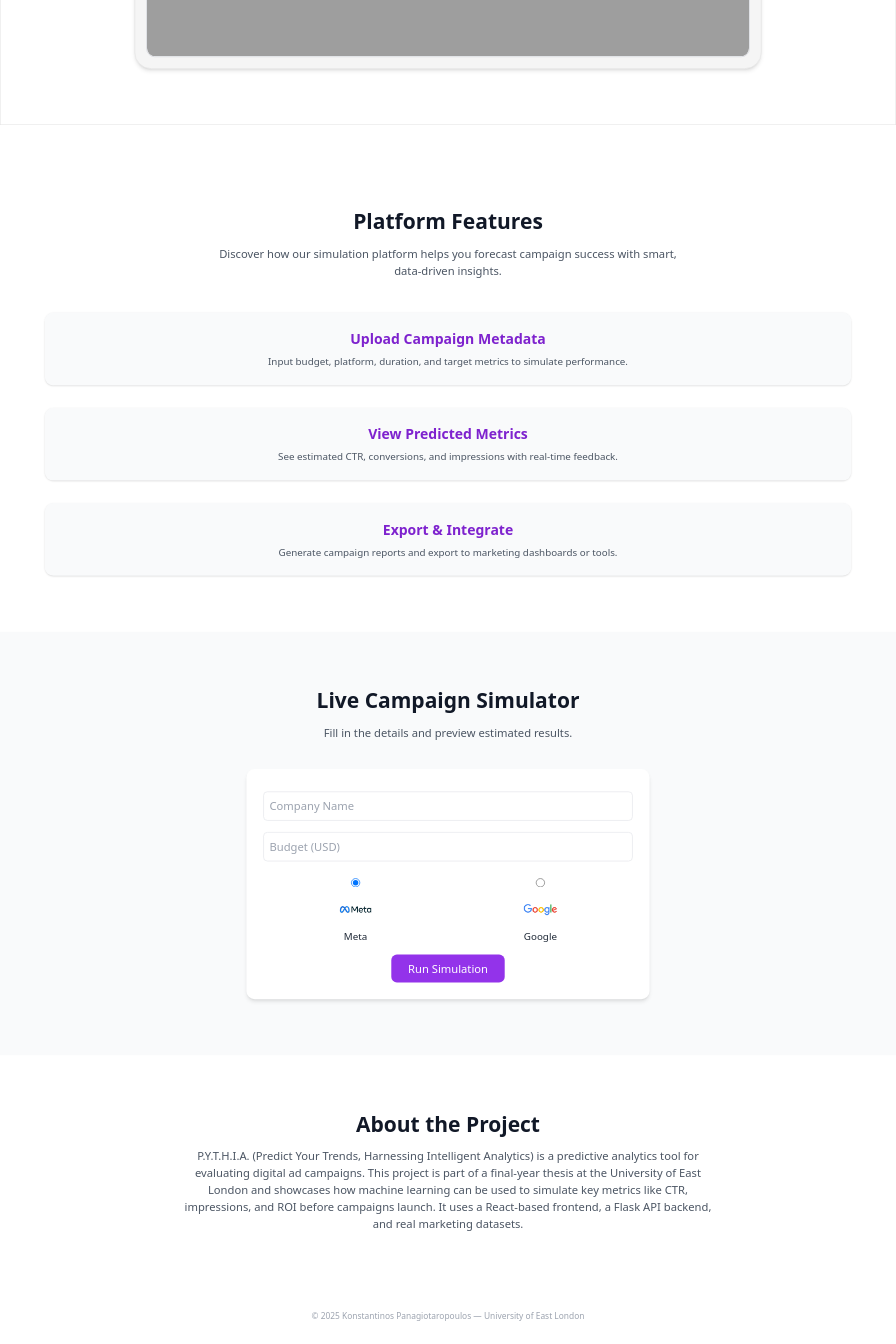
Repository: gaswiz/pythia-core
Page: / (app in frontend-v2/)
The author's editor kept a copy of each file at every save. The page is drawn from the files as they stood at one save, then again after the next save.
The browser window is 1280 px wide. The pictures show the part of the page from y = 1001 to 2921 px (the page is 2921 px tall before and 2861 px after), at 70% of full size.
Pictures or frames that could not be fetched are drawn as grey boxes. Some web libraries are served in a nearby version. The project was rebuilt for these pictures with package versions that can differ from the ones it lists, and the page was loaded fresh each time. Also part of the build but not shown: frontend-v2/vite.config.js.

Above is the page before, as saved 2025-05-28 00:25:16.

### frontend-v2/index.html
<!DOCTYPE html>
<html lang="en">
  <head>
    <meta charset="UTF-8" />
    <meta name="viewport" content="width=device-width, initial-scale=1.0" />
    <title>P.Y.T.H.I.A.</title>
    <script src="https://cdn.tailwindcss.com"></script>
  </head>
  <body class="bg-gray-50 font-sans">
    <div id="root"></div>
    <script type="module" src="/src/main.jsx"></script>
  </body>
</html>

### frontend-v2/src/main.jsx
/*
  File: /src/main.jsx
  Description: Entry point that renders the main App component for P.Y.T.H.I.A.
*/

import React from 'react';
import ReactDOM from 'react-dom/client';
import App from './App.jsx';
import './index.css';

ReactDOM.createRoot(document.getElementById('root')).render(
  <React.StrictMode>
    <App />
  </React.StrictMode>
);

### frontend-v2/src/App.jsx
/*
  File: /src/App.jsx
  Description: Integrating HeroSectionOne into app layout
*/

import React from 'react';
import HeroSectionOne from './components/ui/hero-section-demo-1';
import Features from './components/Features';
import Simulation from './components/Simulation';
import About from './components/About';

export default function App() {
  return (
    <main className="bg-white text-gray-800 font-sans">
      <HeroSectionOne />
      <section id="features">
        <Features />
      </section>
      <section id="simulation">
        <Simulation />
      </section>
      <section id="about">
        <About />
      </section>
      <footer className="text-center text-xs text-gray-400 py-8">
        &copy; 2025 Konstantinos Panagiotaropoulos — University of East London
      </footer>
    </main>
  );
}

### frontend-v2/src/index.css
/*
  File: /src/index.css
  Description: Global styles including Tailwind and custom layout theme for P.Y.T.H.I.A.
*/

@tailwind base;
@tailwind components;
@tailwind utilities;

body {
  font-family: 'Inter', sans-serif;
  background-color: #ffffff;
  color: #1f2937;
  scroll-behavior: smooth;
}

button {
  transition: all 0.2s ease-in-out;
}

input, select {
  background-color: white;
  border: 1px solid #e5e7eb;
  padding: 0.5rem;
  border-radius: 0.375rem;
  margin-top: 0.5rem;
  width: 100%;
}

input:focus, select:focus {
  outline: none;
  border-color: #7c3aed;
  box-shadow: 0 0 0 1px #7c3aed;
}

img {
  object-fit: contain;
  width: 64px;
  height: 64px;
  border-radius: 0.75rem;
  transition: transform 0.2s ease;
}

img:hover {
  transform: scale(1.1);
}

### frontend-v2/src/components/ui/hero-section-demo-1.tsx
/*
  File: /src/components/ui/hero-section-demo-1.tsx
  Description: Animated hero section based on Aceternity UI with text effects.
*/

"use client";

import { motion } from "framer-motion";

export default function HeroSectionOne() {
  return (
    <div className="relative mx-auto my-10 flex max-w-7xl flex-col items-center justify-center">
      <Navbar />
      <div className="absolute inset-y-0 left-0 h-full w-px bg-neutral-200/80 dark:bg-neutral-800/80">
        <div className="absolute top-0 h-40 w-px bg-gradient-to-b from-transparent via-blue-500 to-transparent" />
      </div>
      <div className="absolute inset-y-0 right-0 h-full w-px bg-neutral-200/80 dark:bg-neutral-800/80">
        <div className="absolute h-40 w-px bg-gradient-to-b from-transparent via-blue-500 to-transparent" />
      </div>
      <div className="absolute inset-x-0 bottom-0 h-px w-full bg-neutral-200/80 dark:bg-neutral-800/80">
        <div className="absolute mx-auto h-px w-40 bg-gradient-to-r from-transparent via-blue-500 to-transparent" />
      </div>
      <div className="px-4 py-10 md:py-20">
        <h1 className="relative z-10 mx-auto max-w-4xl text-center text-2xl font-bold text-slate-700 md:text-4xl lg:text-7xl dark:text-slate-300">
          {"Launch your website in hours, not days"
            .split(" ")
            .map((word, index) => (
              <motion.span
                key={index}
                initial={{ opacity: 0, filter: "blur(4px)", y: 10 }}
                animate={{ opacity: 1, filter: "blur(0px)", y: 0 }}
                transition={{
                  duration: 0.3,
                  delay: index * 0.1,
                  ease: "easeInOut",
                }}
                className="mr-2 inline-block"
              >
                {word}
              </motion.span>
            ))}
        </h1>
        <motion.p
          initial={{ opacity: 0 }}
          animate={{ opacity: 1 }}
          transition={{ duration: 0.3, delay: 0.8 }}
          className="relative z-10 mx-auto max-w-xl py-4 text-center text-lg font-normal text-neutral-600 dark:text-neutral-400"
        >
          With AI, you can launch your website in hours, not days. Try our best-in-class, cutting edge tools to get your project live.
        </motion.p>
        <motion.div
          initial={{ opacity: 0 }}
          animate={{ opacity: 1 }}
          transition={{ duration: 0.3, delay: 1 }}
          className="relative z-10 mt-8 flex flex-wrap items-center justify-center gap-4"
        >
          <button className="w-60 transform rounded-lg bg-black px-6 py-2 font-medium text-white transition-all duration-300 hover:-translate-y-0.5 hover:bg-gray-800 dark:bg-white dark:text-black dark:hover:bg-gray-200">
            Explore Now
          </button>
          <button className="w-60 transform rounded-lg border border-gray-300 bg-white px-6 py-2 font-medium text-black transition-all duration-300 hover:-translate-y-0.5 hover:bg-gray-100 dark:border-gray-700 dark:bg-black dark:text-white dark:hover:bg-gray-900">
            Contact Support
          </button>
        </motion.div>
        <motion.div
          initial={{ opacity: 0, y: 10 }}
          animate={{ opacity: 1, y: 0 }}
          transition={{ duration: 0.3, delay: 1.2 }}
          className="relative z-10 mt-20 rounded-3xl border border-neutral-200 bg-neutral-100 p-4 shadow-md dark:border-neutral-800 dark:bg-neutral-900"
        >
          <div className="w-full overflow-hidden rounded-xl border border-gray-300 dark:border-gray-700">
            <img
              src="https://assets.aceternity.com/pro/aceternity-landing.webp"
              alt="Landing page preview"
              className="aspect-[16/9] h-auto w-full object-cover"
              height={1000}
              width={1000}
            />
          </div>
        </motion.div>
      </div>
    </div>
  );
}

const Navbar = () => {
  return (
    <nav className="flex w-full items-center justify-between border-t border-b border-neutral-200 px-4 py-4 dark:border-neutral-800">
      <div className="flex items-center gap-2">
        <div className="size-7 rounded-full bg-gradient-to-br from-violet-500 to-pink-500" />
        <h1 className="text-base font-bold md:text-2xl">Aceternity UI</h1>
      </div>
      <button className="w-24 transform rounded-lg bg-black px-6 py-2 font-medium text-white transition-all duration-300 hover:-translate-y-0.5 hover:bg-gray-800 md:w-32 dark:bg-white dark:text-black dark:hover:bg-gray-200">
        Login
      </button>
    </nav>
  );
};

### frontend-v2/src/components/Features.jsx
/*
  File: /src/components/Features.jsx
  Description: Section highlighting key features of the P.Y.T.H.I.A. platform.
*/

import React from 'react';

export default function Features() {
  return (
    <section className="bg-white py-20 px-6 text-center">
      <h2 className="text-3xl font-bold text-gray-900 mb-4">Platform Features</h2>
      <p className="text-gray-600 max-w-2xl mx-auto mb-12">
        Discover how our simulation platform helps you forecast campaign success with smart, data-driven insights.
      </p>
      <div className="grid grid-cols-1 md:grid-cols-3 gap-8 max-w-6xl mx-auto">
        <div className="bg-gray-50 rounded-xl shadow p-6">
          <h3 className="text-xl font-semibold text-purple-700 mb-2">Upload Campaign Metadata</h3>
          <p className="text-gray-600 text-sm">
            Input budget, platform, duration, and target metrics to simulate performance.
          </p>
        </div>
        <div className="bg-gray-50 rounded-xl shadow p-6">
          <h3 className="text-xl font-semibold text-purple-700 mb-2">View Predicted Metrics</h3>
          <p className="text-gray-600 text-sm">
            See estimated CTR, conversions, and impressions with real-time feedback.
          </p>
        </div>
        <div className="bg-gray-50 rounded-xl shadow p-6">
          <h3 className="text-xl font-semibold text-purple-700 mb-2">Export & Integrate</h3>
          <p className="text-gray-600 text-sm">
            Generate campaign reports and export to marketing dashboards or tools.
          </p>
        </div>
      </div>
    </section>
  );
}

### frontend-v2/src/components/Simulation.jsx
/*
  File: /src/components/Simulation.jsx
  Description: Updated with animated chart and Meta/Google images
*/

import React, { useState } from 'react';
import { BarChart, Bar, XAxis, YAxis, Tooltip, ResponsiveContainer } from 'recharts';

export default function Simulation() {
  const [company, setCompany] = useState('');
  const [budget, setBudget] = useState('');
  const [platform, setPlatform] = useState('meta');
  const [results, setResults] = useState(null);

  const handleSubmit = (e) => {
    e.preventDefault();
    const dummyResults = {
      impressions: budget * 50,
      ctr: budget > 500 ? 2.8 : 1.1,
      conversions: budget > 500 ? 35 : 10,
    };
    setResults(dummyResults);
  };

  const chartData = results
    ? [
        { name: 'Impressions', value: results.impressions },
        { name: 'CTR (%)', value: results.ctr },
        { name: 'Conversions', value: results.conversions },
      ]
    : [];

  return (
    <section id="simulation" className="py-20 px-6 bg-gray-50 text-center">
      <h2 className="text-3xl font-bold text-gray-900 mb-4">Live Campaign Simulator</h2>
      <p className="text-gray-600 mb-10">Fill in the details and preview estimated results.</p>

      <form onSubmit={handleSubmit} className="max-w-xl mx-auto bg-white p-6 rounded-xl shadow-md space-y-4">
        <input
          type="text"
          placeholder="Company Name"
          value={company}
          onChange={(e) => setCompany(e.target.value)}
          required
        />
        <input
          type="number"
          placeholder="Budget (USD)"
          value={budget}
          onChange={(e) => setBudget(e.target.value)}
          required
        />

        <div className="flex justify-around items-center mt-2">
          <label className="flex flex-col items-center">
            <input
              type="radio"
              name="platform"
              value="meta"
              checked={platform === 'meta'}
              onChange={() => setPlatform('meta')}
              className="mb-2"
            />
            <img src="/meta.png" alt="Meta" className="w-12 h-12" />
            <span className="text-sm mt-1">Meta</span>
          </label>
          <label className="flex flex-col items-center">
            <input
              type="radio"
              name="platform"
              value="google"
              checked={platform === 'google'}
              onChange={() => setPlatform('google')}
              className="mb-2"
            />
            <img src="/google.png" alt="Google" className="w-12 h-12" />
            <span className="text-sm mt-1">Google</span>
          </label>
        </div>

        <button
          type="submit"
          className="bg-purple-600 text-white px-6 py-2 rounded-lg hover:bg-purple-700 transition"
        >
          Run Simulation
        </button>
      </form>

      {results && (
        <div className="mt-10 max-w-xl mx-auto bg-white p-6 rounded-xl shadow-md">
          <h3 className="text-xl font-bold text-gray-900 mb-4">Predicted Results</h3>
          <ResponsiveContainer width="100%" height={250}>
            <BarChart data={chartData}>
              <XAxis dataKey="name" />
              <YAxis />
              <Tooltip />
              <Bar dataKey="value" fill="#7c3aed" />
            </BarChart>
          </ResponsiveContainer>
        </div>
      )}
    </section>
  );
}

### frontend-v2/src/components/About.jsx
/*
  File: /src/components/About.jsx
  Description: About section describing the academic purpose of P.Y.T.H.I.A.
*/

import React from 'react';

export default function About() {
  return (
    <section className="bg-white py-20 px-6 text-center">
      <h2 className="text-3xl font-bold text-gray-900 mb-4">About the Project</h2>
      <p className="text-gray-600 max-w-3xl mx-auto">
        P.Y.T.H.I.A. (Predict Your Trends, Harnessing Intelligent Analytics) is a predictive analytics tool for evaluating digital ad campaigns.
        This project is part of a final-year thesis at the University of East London and showcases how machine learning can be used to simulate key metrics
        like CTR, impressions, and ROI before campaigns launch. It uses a React-based frontend, a Flask API backend, and real marketing datasets.
      </p>
    </section>
  );
}

After the next save:
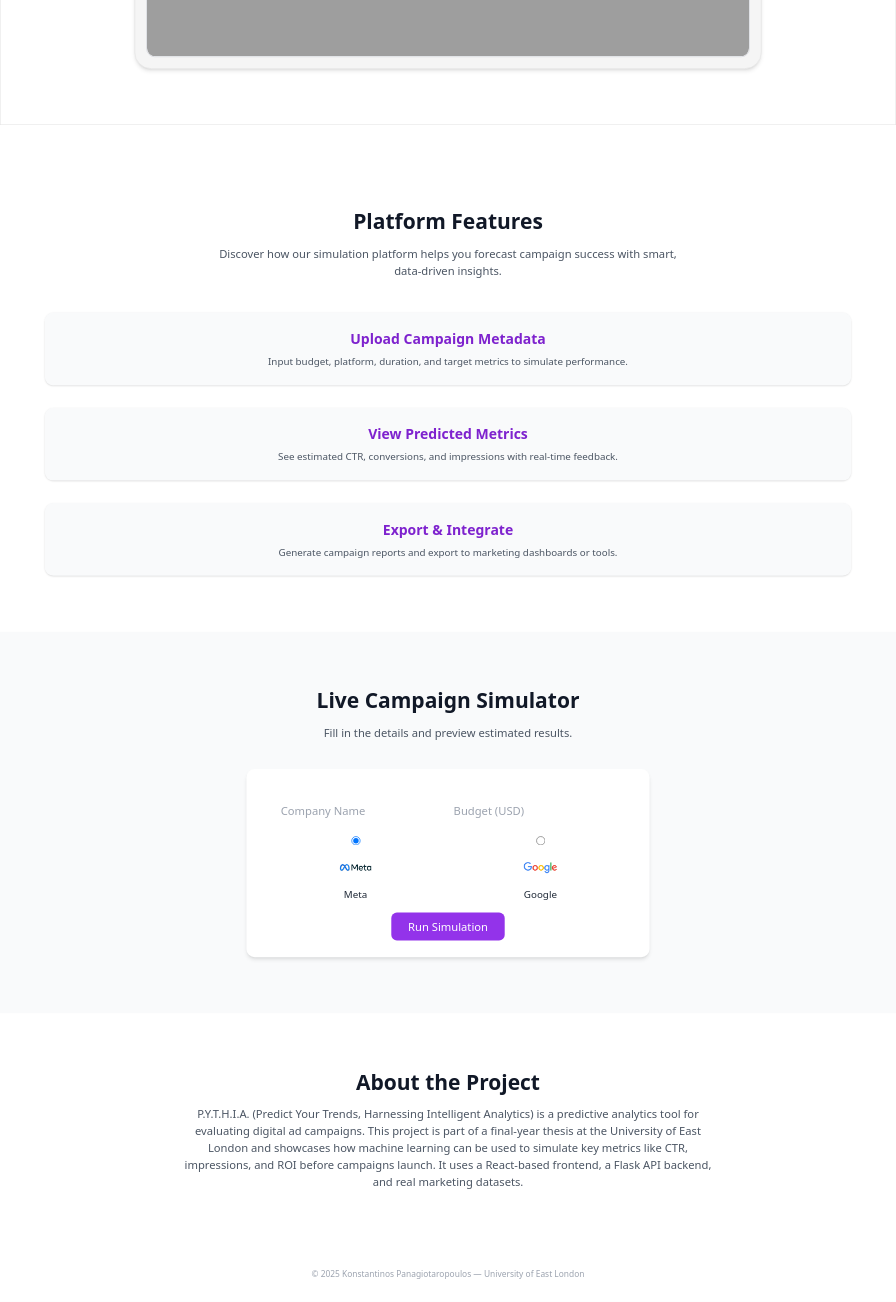
Saved 69 s later.
--- a/frontend-v2/src/index.css
+++ b/frontend-v2/src/index.css
@@ -1,6 +1,6 @@
 /*
   File: /src/index.css
-  Description: Global styles including Tailwind and custom layout theme for P.Y.T.H.I.A.
+  Description: Tailwind base with dark theme default background
 */
 
 @tailwind base;
@@ -8,29 +8,9 @@
 @tailwind utilities;
 
 body {
+  background-color: #0d0d0d;
+  color: white;
   font-family: 'Inter', sans-serif;
-  background-color: #ffffff;
-  color: #1f2937;
-  scroll-behavior: smooth;
-}
-
-button {
-  transition: all 0.2s ease-in-out;
-}
-
-input, select {
-  background-color: white;
-  border: 1px solid #e5e7eb;
-  padding: 0.5rem;
-  border-radius: 0.375rem;
-  margin-top: 0.5rem;
-  width: 100%;
-}
-
-input:focus, select:focus {
-  outline: none;
-  border-color: #7c3aed;
-  box-shadow: 0 0 0 1px #7c3aed;
 }
 
 img {
@@ -44,3 +24,10 @@
 img:hover {
   transform: scale(1.1);
 }
+
+input, button, select, textarea {
+  color: black;
+  background-color: white;
+  border-radius: 0.5rem;
+  padding: 0.5rem;
+}
